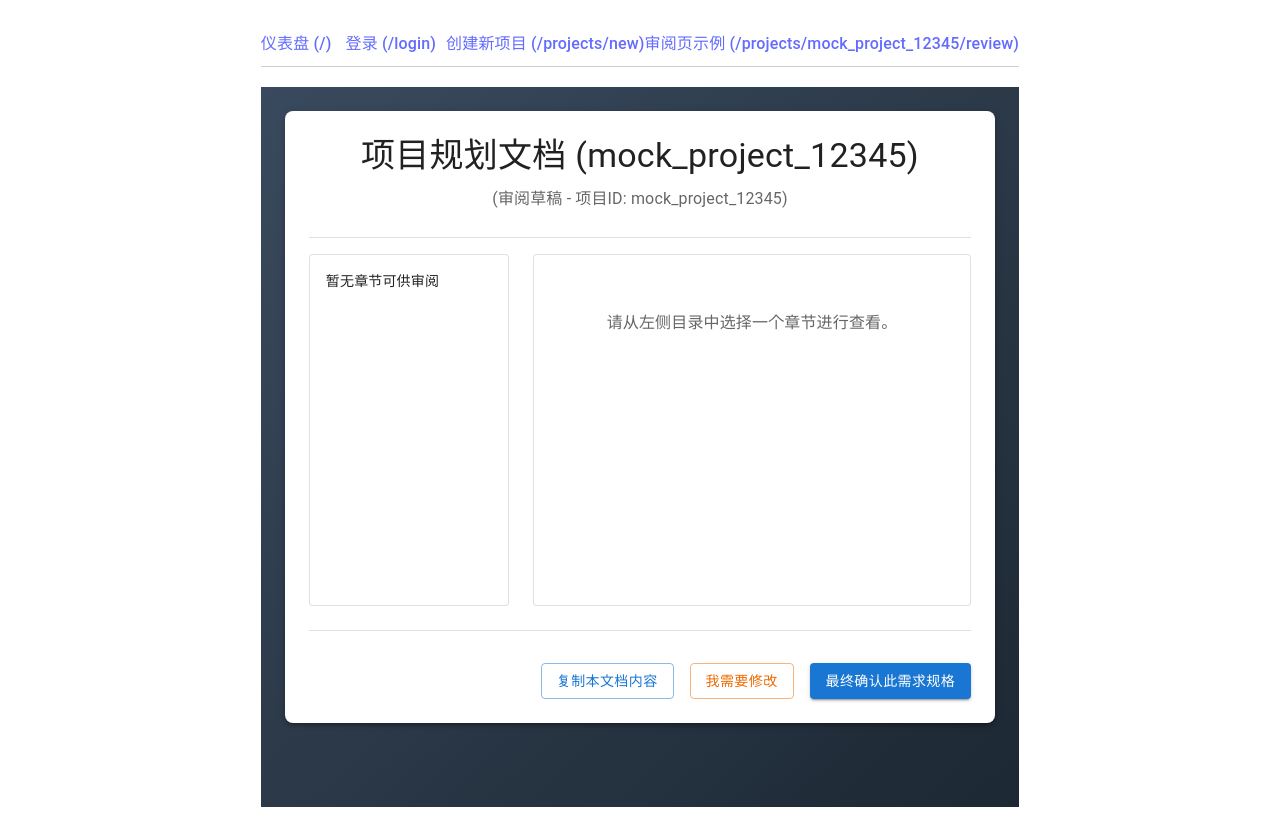
Repository: deloog/aipa
Page: /projects/mock_project_12345/review
An editor plug-in stored every save of this project. The page is shown before and after the next save, followed by the edit.
The browser window is 1280 px wide. The pictures show the whole page.
The project was rebuilt for these pictures with package versions that can differ from the ones it lists, and the page was loaded fresh each time. Also part of the build but not shown: vite.config.ts, src/pages/LoginPage.tsx, src/pages/DashboardPage.tsx, src/services/project.service.ts, src/services/dialogue.service.ts, src/pages/NewProjectPage.tsx, src/pages/DialoguePage.tsx.

Above is the page before, as saved 2025-05-27 21:22:26.

### src/main.tsx
import React from 'react';
import ReactDOM from 'react-dom/client';
import App from './App.tsx';
import './index.css'; // Vite模板中可能有的全局CSS，可以保留

import { ThemeProvider, createTheme } from '@mui/material/styles'; // 1. 导入MUI主题相关组件
import CssBaseline from '@mui/material/CssBaseline'; // 2. 导入CssBaseline

// 3. 创建一个基础的MUI主题实例 (我们暂时使用默认主题)
// 未来您可以根据需要在这里深度定制主题 (颜色、字体、间距等)
const theme = createTheme({
  // 例如，您可以定义调色板:
  // palette: {
  //   primary: {
  //     main: '#1976d2', // 这是一个示例主色调
  //   },
  //   secondary: {
  //     main: '#dc004e', // 这是一个示例次要色调
  //   },
  // },
});

ReactDOM.createRoot(document.getElementById('root')!).render(
  <React.StrictMode>
    <ThemeProvider theme={theme}> {/* 4. 使用ThemeProvider包裹App组件，并传入主题 */}
      <CssBaseline /> {/* 5. 添加CssBaseline以应用基础样式重置和MUI默认背景等 */}
      <App />
    </ThemeProvider>
  </React.StrictMode>,
);

### src/App.tsx
// src/App.tsx
import { BrowserRouter, Routes, Route, Link } from 'react-router-dom';
import './App.css';
import LoginPage from './pages/LoginPage';
import DashboardPage from './pages/DashboardPage';
import NewProjectPage from './pages/NewProjectPage';
import DialoguePage from './pages/DialoguePage';
import PlanningDocumentViewerPage from './pages/PlanningDocumentViewerPage';

function App() {
  return (
    <BrowserRouter>
      <div>
        <nav style={{ marginBottom: '20px', borderBottom: '1px solid #ccc', paddingBottom: '10px' }}>
          <Link to="/" style={{ marginRight: '10px' }}>仪表盘 (/) </Link>
          <Link to="/login" style={{ marginRight: '10px' }}>登录 (/login)</Link>
          <Link to="/projects/new">创建新项目 (/projects/new)</Link>
          <Link to="/projects/mock_project_12345/review">审阅页示例 (/projects/mock_project_12345/review)</Link>
          {/* 移除了之前可能存在的直接访问DialoguePage的临时链接，或将其注释掉 */}
        </nav>

        <Routes>
        <Route path="/login" element={<LoginPage />} />
          <Route path="/" element={<DashboardPage />} />
          <Route path="/projects/new" element={<NewProjectPage />} />
          <Route path="/dialogue/:projectId" element={<DialoguePage />} />
          {/* 修改/添加 PlanningDocumentViewerPage 的路由 */}
          <Route path="/projects/:projectId/review" element={<PlanningDocumentViewerPage />} />
        </Routes>
      </div>
    </BrowserRouter>
  );
}

export default App;

### src/pages/PlanningDocumentViewerPage.tsx
// src/pages/PlanningDocumentViewerPage.tsx
import React, { useState, useEffect } from 'react';
import { useParams, useLocation, useNavigate } from 'react-router-dom';
import Typography from '@mui/material/Typography';
import Box from '@mui/material/Box';
import Paper from '@mui/material/Paper';
// import Grid from '@mui/material/Grid'; // 我们已用Box替代，故移除此导入
import List from '@mui/material/List';
import ListItem from '@mui/material/ListItem';
import ListItemButton from '@mui/material/ListItemButton';
import ListItemText from '@mui/material/ListItemText';
import ListSubheader from '@mui/material/ListSubheader';
import Divider from '@mui/material/Divider';
import Button from '@mui/material/Button'; // 确保Button已导入
import Dialog from '@mui/material/Dialog';
import DialogActions from '@mui/material/DialogActions';
import DialogContent from '@mui/material/DialogContent';
import DialogContentText from '@mui/material/DialogContentText';
import DialogTitle from '@mui/material/DialogTitle';

interface Chapter {
  id: string;
  title: string;
  content: string;
}

interface DocumentPart {
  title: string;
  chapters: Chapter[];
}

interface PlanningDocument {
  title: string;
  requirementsSpec?: DocumentPart;
  technicalPlan?: DocumentPart;
}

interface PlanningPageLocationState {
  documentData?: PlanningDocument;
  projectName?: string;
  revisionMode?: boolean;
  chapterToReviseId?: string;
  chapterToReviseTitle?: string;
}

const PlanningDocumentViewerPage: React.FC = () => {
  const navigate = useNavigate();
  const { projectId } = useParams<{ projectId: string }>();
  const location = useLocation();
  const locationState = location.state as PlanningPageLocationState | undefined;

  const currentDocumentData: PlanningDocument = locationState?.documentData || {
    title: `项目规划文档 (${projectId || '未知项目'})`,
    requirementsSpec: { title: '第一部分：项目需求规格说明书 (加载中...)', chapters: [] },
    technicalPlan: { title: '第二部分：项目技术规划方案 (加载中...)', chapters: [] },
  };
  const currentProjectName = locationState?.projectName || projectId || '项目';

  const [selectedChapterId, setSelectedChapterId] = useState<string | null>(null);
  const [selectedChapter, setSelectedChapter] = useState<Chapter | null>(null);
  const [openConfirmDialog, setOpenConfirmDialog] = useState(false);

  useEffect(() => {
    let firstChapter: Chapter | undefined = undefined;
    if (currentDocumentData.requirementsSpec && currentDocumentData.requirementsSpec.chapters.length > 0) {
      firstChapter = currentDocumentData.requirementsSpec.chapters[0];
    } else if (currentDocumentData.technicalPlan && currentDocumentData.technicalPlan.chapters.length > 0) {
      firstChapter = currentDocumentData.technicalPlan.chapters[0];
    }

    if (firstChapter && (!selectedChapterId || !locationState?.revisionMode)) {
       setSelectedChapterId(firstChapter.id);
    } else if (!firstChapter && !locationState?.revisionMode) { // 如果没有章节且不是修订模式返回
      setSelectedChapterId(null);
    }
    // 如果是修订模式返回，并且有chapterToReviseId，我们应该选中它
    // 这个逻辑可以在另一个useEffect或这里扩展，但为了保持当前步骤清晰，暂时简化
  }, [currentDocumentData, locationState?.revisionMode, selectedChapterId]);

  useEffect(() => {
    if (selectedChapterId) {
      let chapterToSet: Chapter | undefined = undefined;
      if (currentDocumentData.requirementsSpec) {
        chapterToSet = currentDocumentData.requirementsSpec.chapters.find(c => c.id === selectedChapterId);
      }
      if (!chapterToSet && currentDocumentData.technicalPlan) {
        chapterToSet = currentDocumentData.technicalPlan.chapters.find(c => c.id === selectedChapterId);
      }
      setSelectedChapter(chapterToSet || null);
    } else {
      setSelectedChapter(null);
    }
  }, [selectedChapterId, currentDocumentData]);

  const handleChapterSelect = (chapterId: string) => { setSelectedChapterId(chapterId); };

  const formatDocumentForCopy = (doc: PlanningDocument): string => {
    let formattedString = `${doc.title}\n\n(审阅草稿)\n\n`;
    const parts = [doc.requirementsSpec, doc.technicalPlan].filter(Boolean) as DocumentPart[];
    parts.forEach(part => {
      formattedString += `\n--- ${part.title} ---\n`;
      part.chapters.forEach(chapter => { formattedString += `- ${chapter.title}\n`; });
    });
    formattedString += "\n====================================\n\n";
    parts.forEach(part => {
      formattedString += `\n--- ${part.title} ---\n\n`;
      part.chapters.forEach(chapter => { formattedString += `${chapter.title}\n\n${chapter.content}\n\n------------------------------------\n\n`; });
    });
    return formattedString;
  };

  const handleCopyDocument = async () => {
    const documentText = formatDocumentForCopy(currentDocumentData);
    try { await navigator.clipboard.writeText(documentText); alert('已复制到剪贴板!'); } catch(e) { console.error('复制失败:', e); alert('复制失败');}
  };

  const handleRequestRevision = () => {
    if (!projectId) { alert('项目ID未知，无法返回修订。'); return; }
    if (!selectedChapterId || !selectedChapter) { alert('请先在左侧目录中选择一个您希望针对其进行修改反馈的章节。'); return; }
    navigate(`/dialogue/${projectId}`, {
      state: {
        revisionMode: true,
        chapterToReviseId: selectedChapterId,
        chapterToReviseTitle: selectedChapter.title,
        projectName: currentProjectName,
      }
    });
  };

  const handleClickOpenConfirmDialog = () => { setOpenConfirmDialog(true); };
  const handleCloseConfirmDialog = () => { setOpenConfirmDialog(false); };
  const handleFinalConfirm = async () => {
    if (!projectId) { alert('项目ID未知，无法确认。'); return; }
    setOpenConfirmDialog(false);
    console.log(`为项目 ${projectId} 最终确认需求 (模拟API调用)`);
    await new Promise(resolve => setTimeout(resolve, 500));
    alert('需求规格已最终确认！');
  };

  const allDisplayableParts: DocumentPart[] = [];
  if (currentDocumentData.requirementsSpec && currentDocumentData.requirementsSpec.chapters.length > 0) {
    allDisplayableParts.push(currentDocumentData.requirementsSpec);
  }
  if (currentDocumentData.technicalPlan && currentDocumentData.technicalPlan.chapters.length > 0) {
    allDisplayableParts.push(currentDocumentData.technicalPlan);
  }

  return (
    <Box
      sx={{
        minHeight: '100vh', display: 'flex', flexDirection: 'column', alignItems: 'center',
        background: 'linear-gradient(to right bottom, #3A4A5E, #1C2833)',
        padding: { xs: 1, sm: 2, md: 3 },
      }}
    >
      <Paper
        elevation={3}
        sx={{
          padding: { xs: 1, sm: 2, md: 3 }, borderRadius: '8px', bgcolor: 'background.paper',
          width: '100%', maxWidth: '1200px', display: 'flex', flexDirection: 'column', minHeight: '85vh',
        }}
      >
        <Typography variant="h4" component="h1" gutterBottom sx={{ textAlign: 'center', mb: 1 }}>
          {currentDocumentData.title}
        </Typography>
        <Typography variant="subtitle1" sx={{ textAlign: 'center', mb: 3, color: 'text.secondary' }}>
          (审阅草稿 - 项目ID: {projectId})
        </Typography>
        <Divider sx={{ mb: 2 }} />

        <Box display="flex" flexDirection={{ xs: 'column', sm: 'row' }} sx={{ flexGrow: 1, width: '100%', gap: { xs: 2, sm: 3 } }}>
          <Box sx={{ width: { xs: '100%', sm: '30%', md: '25%' }, minWidth: { sm: '200px' }, display: 'flex', flexDirection: 'column' }}>
            <Paper elevation={0} variant="outlined" sx={{ width: '100%', flexGrow: 1, p: 0, overflowY: 'auto' }}>
              <List dense component="nav" aria-labelledby="nested-list-subheader">
                {allDisplayableParts.length === 0 && (
                    <ListItem><ListItemText primary="暂无章节可供审阅" /></ListItem>
                )}
                {allDisplayableParts.map((part, partIndex) => (
                  <React.Fragment key={`part-<span class="math-inline">\{part\.title\}\-</span>{partIndex}`}>
                    {part.title && (
                      <ListSubheader component="div" sx={{ bgcolor: 'grey.100', lineHeight: '32px', mt: partIndex > 0 ? 1 : 0 }}>
                        {part.title}
                      </ListSubheader>
                    )}
                    {part.chapters.map((chapter) => (
                      <ListItem key={chapter.id} disablePadding sx={{ pl: part.title ? 2 : 0 }}>
                        <ListItemButton
                          selected={selectedChapterId === chapter.id}
                          onClick={() => handleChapterSelect(chapter.id)}
                        >
                          <ListItemText primary={chapter.title} primaryTypographyProps={{ style: { whiteSpace: 'normal' } }}/>
                        </ListItemButton>
                      </ListItem>
                    ))}
                    {partIndex < allDisplayableParts.length - 1 && <Divider />}
                  </React.Fragment>
                ))}
              </List>
            </Paper>
          </Box>

          <Box sx={{ width: { xs: '100%', sm: '70%', md: '75%' }, mt: { xs: 2, sm: 0 }, display: 'flex', flexDirection: 'column' }}>
            <Paper elevation={0} variant="outlined" sx={{ width: '100%', flexGrow: 1, p: {xs: 2, md: 3}, overflowY: 'auto' }}>
              {selectedChapter ? (
                <>
                  <Typography variant="h5" component="h2" gutterBottom>{selectedChapter.title}</Typography>
                  <Divider sx={{ mb: 2 }} />
                  <Typography variant="body1" paragraph sx={{ whiteSpace: 'pre-line' }}>
                    {selectedChapter.content}
                  </Typography>
                </>
              ) : (
                <Typography variant="body1" color="textSecondary" sx={{ textAlign: 'center', mt: 4 }}>
                  请从左侧目录中选择一个章节进行查看。
                </Typography>
              )}
            </Paper>
          </Box>
        </Box>

        <Divider sx={{ mt: 3, mb: 2 }} />
        <Box
          sx={{
            display: 'flex',
            justifyContent: 'flex-end',
            gap: 2,
            paddingTop: 2,
          }}
        >
          <Button variant="outlined" onClick={handleCopyDocument}>
            复制本文档内容
          </Button>
          <Button variant="outlined" color="warning" onClick={handleRequestRevision}>
            我需要修改
          </Button>
          <Button variant="contained" color="primary" onClick={handleClickOpenConfirmDialog}>
            最终确认此需求规格
          </Button>
        </Box>
      </Paper>

      <Dialog
        open={openConfirmDialog}
        onClose={handleCloseConfirmDialog}
        aria-labelledby="confirm-dialog-title"
        aria-describedby="confirm-dialog-description"
      >
        <DialogTitle id="confirm-dialog-title">
          {"重要提示：最终确认需求规格"}
        </DialogTitle>
        <DialogContent>
          <DialogContentText id="confirm-dialog-description">
            这份需求规格说明书一旦最终确认，它将成为我们接下来为您进行所有“项目技术规划”的唯一且核心的依据。
            后续的技术方案都将严格围绕这份已确认的需求来展开。
            <br /><br />
            请问，对于当前这份“项目需求规格说明书”，您是选择：
          </DialogContentText>
        </DialogContent>
        <DialogActions sx={{ justifyContent: 'space-around', paddingBottom: 2 }}>
          <Button onClick={handleCloseConfirmDialog} color="warning" variant="outlined">
            A) 我再想想/还需要调整
          </Button>
          <Button onClick={handleFinalConfirm} color="primary" variant="contained" autoFocus>
            B) 最终确认，可以定稿了
          </Button>
        </DialogActions>
      </Dialog>
    </Box>
  );
};

export default PlanningDocumentViewerPage;

Loaded but not shown: index.html (common file); src/index.css (common file); src/App.css (common file)

After the next save:
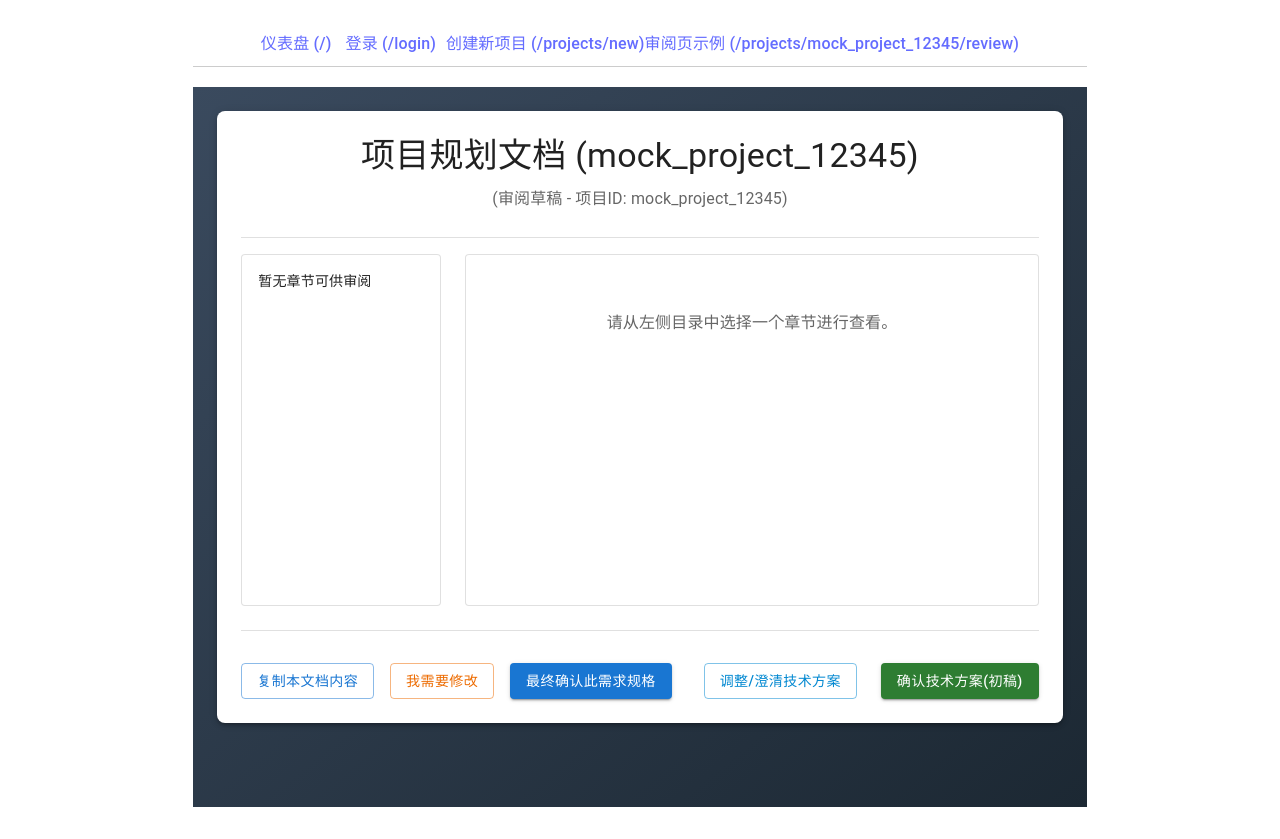
Saved 18 min 12 s later.
--- a/src/pages/PlanningDocumentViewerPage.tsx
+++ b/src/pages/PlanningDocumentViewerPage.tsx
@@ -236,6 +236,28 @@ const PlanningDocumentViewerPage: React.FC = () => {
           <Button variant="contained" color="primary" onClick={handleClickOpenConfirmDialog}>
             最终确认此需求规格
           </Button>
+          <Button
+            variant="outlined"
+            color="info" // 使用不同颜色区分
+            onClick={() => {
+              console.log('“我需要调整/澄清技术方案”按钮被点击');
+              alert('“我需要调整/澄清技术方案”功能待实现');
+            }}
+            sx={{ ml: { xs: 0, sm: 2 }, mt: { xs: 1, sm: 0 } }} // 添加一些边距
+          >
+            调整/澄清技术方案
+          </Button>
+          <Button
+            variant="contained"
+            color="success" // 使用不同颜色区分
+            onClick={() => {
+              console.log('“确认此技术方案（初稿）”按钮被点击');
+              alert('“确认此技术方案（初稿）”功能待实现 (模拟API调用 POST /api/v1/projects/{projectId}/technical-plan/confirm-draft)');
+            }}
+            sx={{ ml: { xs: 0, sm: 1 }, mt: { xs: 1, sm: 0 } }}
+          >
+            确认技术方案(初稿)
+          </Button>
         </Box>
       </Paper>
 
